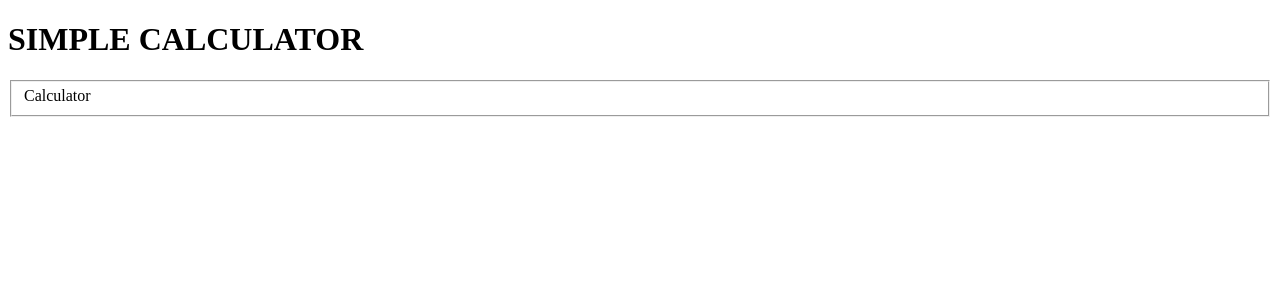
Repository: NGUYEN112/Module2
Page: http://localhost/
An editor plug-in stored every save of this project. The page is shown before and after the next save, followed by the edit.
The browser window is 1280 px wide. The pictures show the whole page.
The page is run by PHP 8.4 with error messages shown; the project is at /var/www/html/.

Above is the page before, as saved 2021-01-18 11:43:01.

### bai8-calculator/index.php
<!DOCTYPE html>
<html lang="en">
<head>
    <meta charset="UTF-8">
    <meta name="viewport" content="width=device-width, initial-scale=1.0">
    <title>Document</title>
</head>
<body>
<h1>SIMPLE CALCULATOR</h1>
    <form method="post">
    <fieldset>Calculator</fieldset>
    <table>

    </table>
    </form>
</body>
</html>

After the next save:
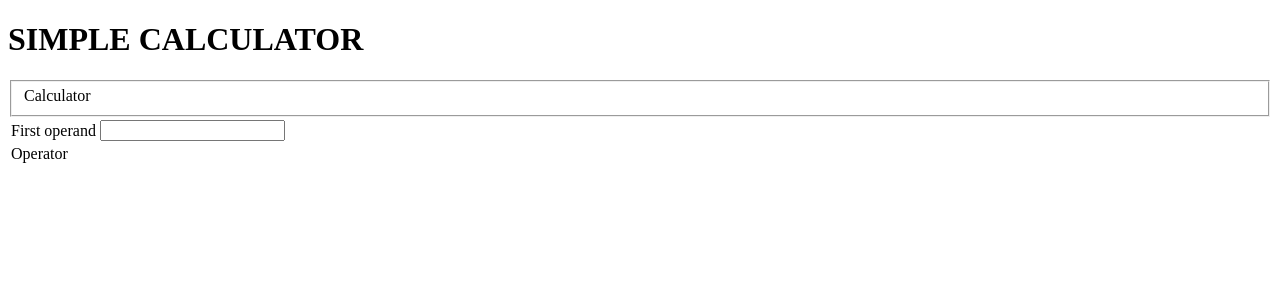
Saved 2 min 32 s later.
--- a/bai8-calculator/index.php
+++ b/bai8-calculator/index.php
@@ -10,7 +10,16 @@
     <form method="post">
     <fieldset>Calculator</fieldset>
     <table>
-
+    <div>
+        <tr>
+        <td>First operand</td>
+        <td><input type="number" name="operand"></td>
+        </tr>
+        <tr>
+        <td>Operator</td>
+        <td></td>
+        </tr>
+    </div>
     </table>
     </form>
 </body>
